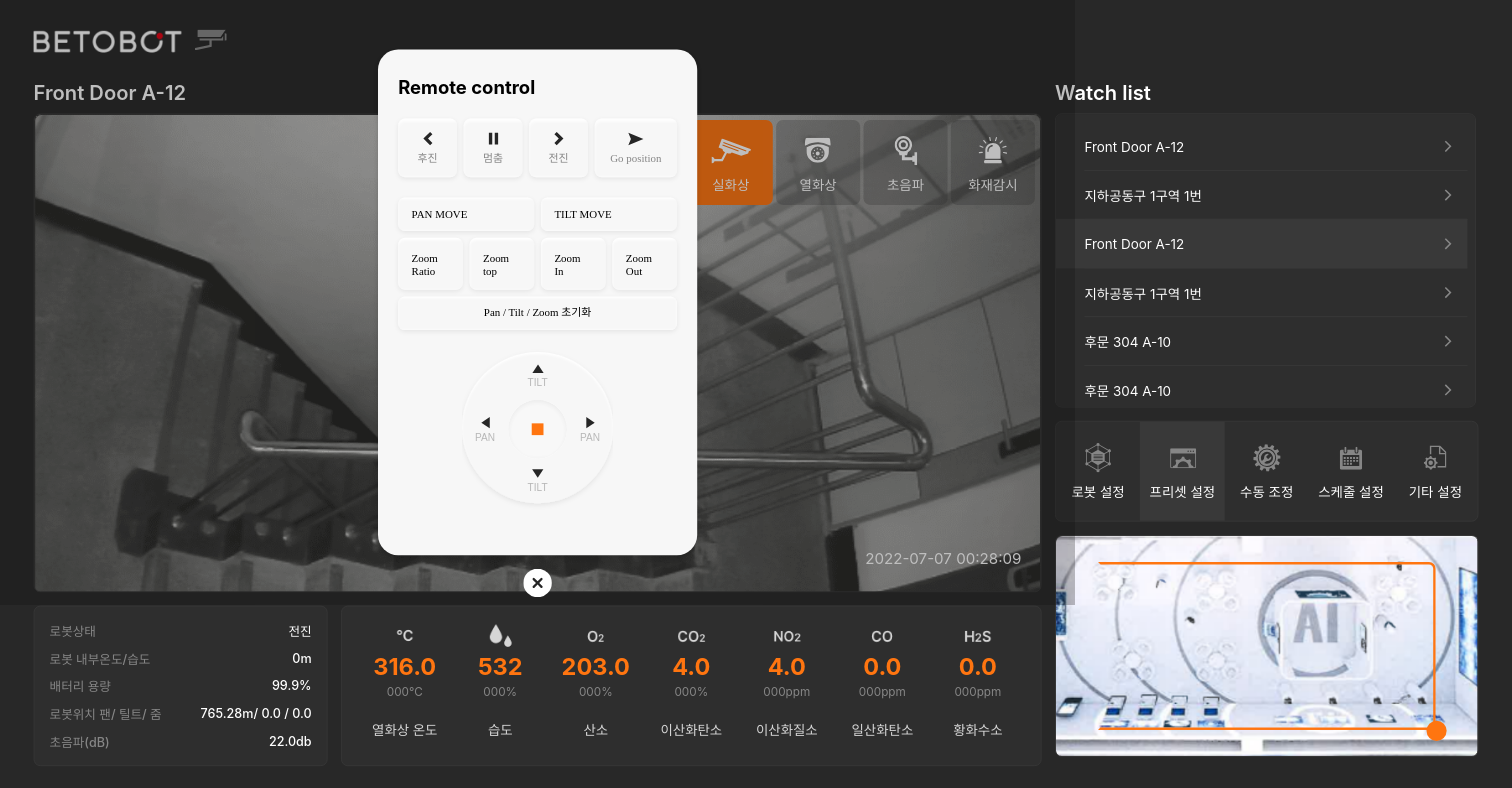
Repository: jang0ha/betobot
Page: content/main/main.html
The author's editor kept a copy of each file at every save. The page is drawn from the files as they stood at one save, then again after the next save.
The browser window is 1280 px wide. The page is 1800 px wide, so the pictures cover 1800 px, including what lies to the right of the window. The pictures show the whole page, at 84% of full size.
Some web fonts or font styles are not loaded; a fallback is used. The style sheet was rebuilt from its Sass, Less or Tailwind sources for each picture, by a compiler version that may differ from the author's.

Above is the page before, as saved 2022-07-20 15:43:06.

### content/main/main.html
<!DOCTYPE html>
<html lang="en">

<head>
    <meta charset="UTF-8">
    <meta http-equiv="X-UA-Compatible" content="IE=edge">
    <!-- <meta name="viewport" content="width=device-width, initial-scale=1.0">
    <meta name="viewport" content="width=device-width, user-scalable=no, initial-scale=1.0"> -->
    <meta name="format-detection" content="telephone=no">
    <title>BETOBOT</title>

    <!-- 스타일 css -->
    <link rel="stylesheet" href="/resources/css/style.css">



    <!-- 제이쿼리 js -->
    <script src="/resources/js/jquery/jquery.min.js"></script>
    <script src="/resources/lib/jquery-ui/jquery-ui.min.js"></script>

    <!-- gsap -->
    <script src="/resources/lib/gsap/gsap.min.js"></script>
</head>
<body id="main">
    <div id="wrap">
        <!-- 헤더 -->
        <div id="header-block">
            <header>
                <div class="container">
                    <div class="header-wrap">
                        <a href="#none" class="logo-wrap">
                            <img src="../../resources/images/icon-logo.png" alt="BETOBOT 로고 이미지" class="logo">
                            <img src="../../resources/images/icon-camera.svg" alt="로고 카메라 이미지" class="logo-camera">
                        </a>
                    </div>
                </div>
            </header>
        </div>

        <!-- 컨텐츠 -->
        <div id="content-block">
            <main id="content" role="main">
                <div class="container">
                    <div class="row-wrap">
                        <!-- 왼쪽 시작-->
                        <div class="left-container">
                            <div class="title">Front Door A-12</div>
                            <div class="row-wrap">
                                <div class="front-list-wrap card" style="background-image:url('../../resources/images/@sample-front-img.png')">
                                    <div class="front-btn-wrap">
                                        <ul>
                                            <li>
                                                <a href="javascript:;"  class="active">
                                                    <i class="icon-front-camera"></i>
                                                    <p>실화상</p>
                                                </a>
                                            </li>
                                            <li>
                                                <a href="javascript:;" >
                                                    <i class="icon-front-temper"></i>
                                                    <p>열화상</p>
                                                </a>
                                            </li>
                                            <li>
                                                <a href="javascript:;">
                                                    <i class="icon-front-wave"></i>
                                                    <p>초음파</p>
                                                </a>
                                            </li>
                                            <li>
                                                <a href="javascript:;">
                                                    <i class="icon-front-fire"></i>
                                                    <p>화재감시</p>
                                                </a>
                                            </li>
                                        </ul>
                                    </div>

                                    <div class="front-date-wrap">
                                        2022-07-07 00:28:09
                                    </div>
                                </div>

                                <div class="row-wrap">
                                    <div class="robot-information-wrap card">
                                        <ul>
                                            <li>
                                                <span class="index">로봇상태</span>
                                                <span class="index-information">전진</span>
                                            </li>
                                            <li>
                                                <span class="index">로봇 내부온도/습도</span>
                                                <span class="index-information">0m</span>
                                            </li>
                                            <li>
                                                <span class="index">배터리 용량</span>
                                                <span class="index-information">99.9%</span>
                                            </li>
                                            <li>
                                                <span class="index">로봇위치 팬/ 틸트/ 줌</span>
                                                <span class="index-information">765.28m/ 0.0 / 0.0</span>
                                            </li>
                                            <li>
                                                <span class="index">초음파(dB)</span>
                                                <span class="index-information">22.0db</span>
                                            </li>
                                        </ul>
                                    </div>
                                    <div class="sensor-information-wrap card">
                                        <ul>
                                            <li>
                                                <i class="icon-info-temper"></i>
                                                <strong>316.0</strong>
                                                <small>000℃</small>
                                                <p class="name">열화상 온도</p>
                                            </li>
                                            <li>
                                                <i class="icon-info-humidity"></i>
                                                <strong>532</strong>
                                                <small>000%</small>
                                                <p class="name">습도</p>
                                            </li>
                                            <li>
                                                <i class="icon-info-o2"></i>
                                                <strong>203.0</strong>
                                                <small>000%</small>
                                                <p class="name">산소</p>
                                            </li>
                                            <li>
                                                <i class="icon-info-co2"></i>
                                                <strong>4.0</strong>
                                                <small>000%</small>
                                                <p class="name">이산화탄소</p>
                                            </li>
                                            <li>
                                                <i class="icon-info-no2"></i>
                                                <strong>4.0</strong>
                                                <small>000ppm</small>
                                                <p class="name">이산화질소</p>
                                            </li>
                                            <li>
                                                <i class="icon-info-co"></i>
                                                <strong>0.0</strong>
                                                <small>000ppm</small>
                                                <p class="name">일산화탄소</p>
                                            </li>
                                            <li>
                                                <i class="icon-info-h2s"></i>
                                                <strong>0.0</strong>
                                                <small>000ppm</small>
                                                <p class="name">황화수소</p>
                                            </li>
                                        </ul>
                                    </div>
                                </div>
                            </div>
                        </div>
                        <!-- 왼쪽 끝 -->

                        <!-- 오른쪽 시작  -->
                        <div class="right-container">
                            <div class="title">Watch list</div>
                            <div class="row-wrap">
                                <div class="watch-list-wrap card">
                                    <ul>
                                        <li><a href="javascript:;" ><div><span>Front Door A-12</span><i class="icon-arrow-right"></i></div></a></li>
                                        <li><a href="javascript:;" ><div><span>지하공동구 1구역 1번</span><i class="icon-arrow-right"></i></div></a></li>
                                        <li><a href="javascript:;" class="active"><div><span>Front Door A-12</span><i class="icon-arrow-right"></i></div></a></li>
                                        <li><a href="javascript:;" ><div><span>지하공동구 1구역 1번</span><i class="icon-arrow-right"></i></div></a></li>
                                        <li><a href="javascript:;" ><div><span>후문 304 A-10</span><i class="icon-arrow-right"></i></div></a></li>
                                        <li><a href="javascript:;" ><div><span>후문 304 A-10</span><i class="icon-arrow-right"></i></div></a></li>
                                    </ul>
                                </div>
                                <div class="watch-list-btn-wrap card">
                                    <ul>
                                        <li>
                                            <a href="javascript:;" >
                                                <i class="icon-menu-robot"></i>
                                                <p>로봇 설정</p>
                                            </a>
                                        </li>
                                        <li>
                                            <a href="javascript:;" class="active">
                                                <i class="icon-menu-preset"></i>
                                                <p>프리셋 설정</p>
                                            </a>
                                        </li>
                                        <li>
                                            <a href="javascript:;" >
                                                <i class="icon-menu-handwork"></i>
                                                <p>수동 조정</p>
                                            </a>
                                        </li>
                                        <li>
                                            <a href="javascript:;" >
                                                <i class="icon-menu-schedule"></i>
                                                <p>스케줄 설정</p>
                                            </a>
                                        </li>
                                        <li>
                                            <a href="javascript:;" >
                                                <i class="icon-menu-etc"></i>
                                                <p>기타 설정</p>
                                            </a>
                                        </li>
                                    </ul>
                                </div>
                                <div class="watch-map card" style="background-image: url('../../resources/images/@floor-plan.png');">
                                    <div class="line">
                                        <div class="robot"></div>
                                    </div>
                                </div>
                                <!-- <div class="m-5">
                                    <div class="mb-3 p-2 border d-inline"><button type="button" id="play"> 재생 </button></div>
                                    <div class="mb-3 p-2 border d-inline"><button type="button" id="pause"> 정지 </button></div>
                                    <input type="text" value="" placeholder="left(%)" id="leftVal">
                                    <input type="text" value="" placeholder="top(%)" id="topVal">
                                    <button type="button" onclick="moveRobot()"> 이동 </button>
                                </div>
                             -->
                            </div>
                        </div>
                        <!-- 오른쪽 끝 -->
                    </div>
                </div>
            </main>
        </div>
    </div>


    <!-- 팝업  수동 조절 시작 -->
    <div class="popup show">
        <div class="popup-content">
            <div class="popup-header">Remote control</div>
            <div class="popup-body">
                <div class="remote-direction-wrap">
                    <button type="button" class="remote-btn">
                            <i class="icon-remote-backup"></i>
                            <p>후진</p>
                    </button>
                    <button type="button" class="remote-btn">
                        <i class="icon-remote-pause"></i>
                        <p>멈춤</p>
                    </button>
                    <button type="button" class="remote-btn">
                        <i class="icon-remote-forward"></i>
                        <p>전진</p>
                    </button>
                    <button type="button" class="remote-btn position">
                        <i class="icon-remote-go-position"></i>
                        <p>Go position</p>
                    </button>
                </div>

                <div class="remote-ptz-wrap">
                    <button type="button" class="remote-btn move">
                        <p>PAN MOVE</p>
                    </button>
                    <button type="button" class="remote-btn move">
                        <p>TILT MOVE</p>
                    </button>
                    <button type="button" class="remote-btn text">
                        <p>Zoom</p>
                        <p>Ratio</p>
                    </button>
                    <button type="button" class="remote-btn text">
                        <p>Zoom</p>
                        <p>top</p>
                    </button>
                    <button type="button" class="remote-btn text">
                        <p>Zoom</p>
                        <p>In</p>
                    </button>
                    <button type="button" class="remote-btn text">
                        <p>Zoom</p>
                        <p>Out</p>
                    </button>
                    <button type="button" class="remote-btn reset">
                        <p>Pan / Tilt / Zoom 초기화</p>
                    </button>
                </div>

                <div class="remote-control-wrap">
                    <button type="button" class="control-btn up">
                        <i class="icon-control-up"></i>
                        <p>TILT</p>
                    </button>
                    <button type="button" class="control-btn right">
                        <i class="icon-control-right"></i>
                        <p>PAN</p>
                    </button>
                    <button type="button" class="control-btn down">
                        <i class="icon-control-down"></i>
                        <p>TILT</p>
                    </button>
                    <button type="button" class="control-btn left">
                        <i class="icon-control-left"></i>
                        <p>PAN</p>
                    </button>
                    <button type="button" class="control-btn middle"></button>
                </div>
            </div>
            <div class="close-btn">
                <i class="icon-popup-close"></i>
            </div>
        </div>

    </div>
    <!-- 팝업  수동 조절 끝 -->

    <script>
     $(document).ready(function () {
             // 자동으로 돔
             var tl_1 = new TimelineLite({
                repeat: -1,
            })
            tl_1.to('.robot', 3, {
                ease: Power0.easeNone,
                left: 98 + '%'
            })
            tl_1.to('.robot', 2, {
                ease: Power0.easeNone,
                top: 96 + '%'
            })
            tl_1.to('.robot', 3, {
                ease: Power0.easeNone,
                left: -2.3 + '%'
            })
            tl_1.to('.robot', 3, {
                ease: Power0.easeNone,
                left: 98 + '%'
            })
            tl_1.to('.robot', 2, {
                ease: Power0.easeNone,
                top: -5 + '%'
            })
            tl_1.to('.robot', 3, {
                ease: Power0.easeNone,
                left: -2.3 + '%'
            })
            // 재생
            var animationPlay = $('#play');
            animationPlay.on('click', function () {
                tl_1.play();
            })
            // 정지
            var animationPause = $('#pause');
            animationPause.on('click', function () {
                tl_1.pause();
            })


        })

        // 버튼 효과
        $(".watch-list-wrap li a").on("click", function(){
            $(".watch-list-wrap li a").removeClass("active");
            $(this).addClass("active");
        });

        $(".watch-list-btn-wrap li a").on("click", function(){
            $(".watch-list-btn-wrap li a").removeClass("active");
            $(this).addClass("active");
        });

        $(".front-btn-wrap li a").on("click", function(){
            $(".front-btn-wrap li a").removeClass("active");
            $(this).addClass("active");
        });
    </script>
</body>

</html>

Loaded but not shown: resources/js/jquery/jquery.min.js (library); resources/lib/jquery-ui/jquery-ui.min.js (library); resources/lib/gsap/gsap.min.js (library); resources/scss/style.scss (512 lines, source omitted)

After the next save:
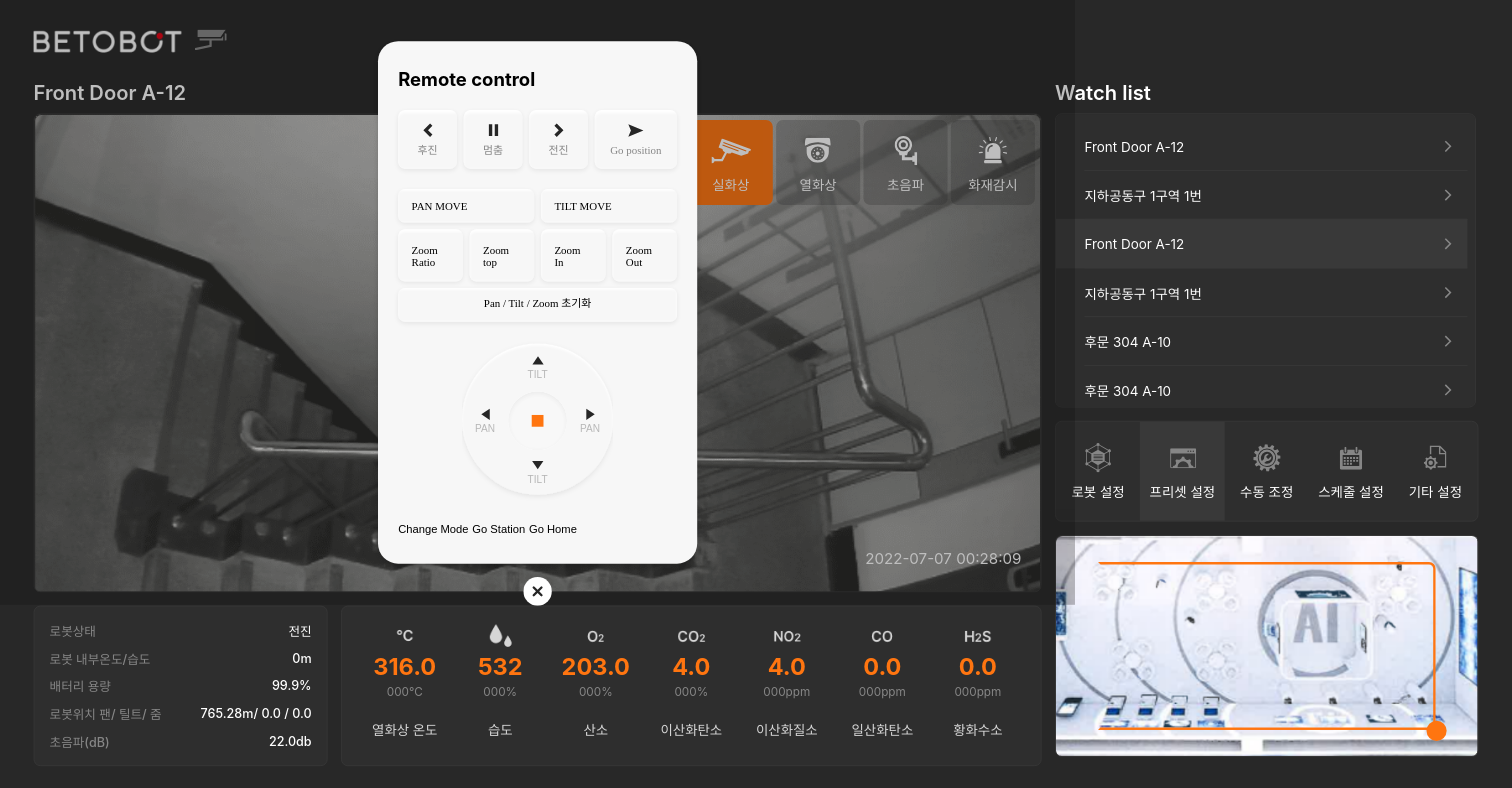
Saved 4 s later.
--- a/content/main/main.html
+++ b/content/main/main.html
@@ -299,6 +299,12 @@
                     </button>
                     <button type="button" class="control-btn middle"></button>
                 </div>
+
+                <div class="remote-link-wrap">
+                    <button>Change Mode</button>
+                    <button>Go Station</button>
+                    <button>Go Home</button>
+                </div>
             </div>
             <div class="close-btn">
                 <i class="icon-popup-close"></i>
